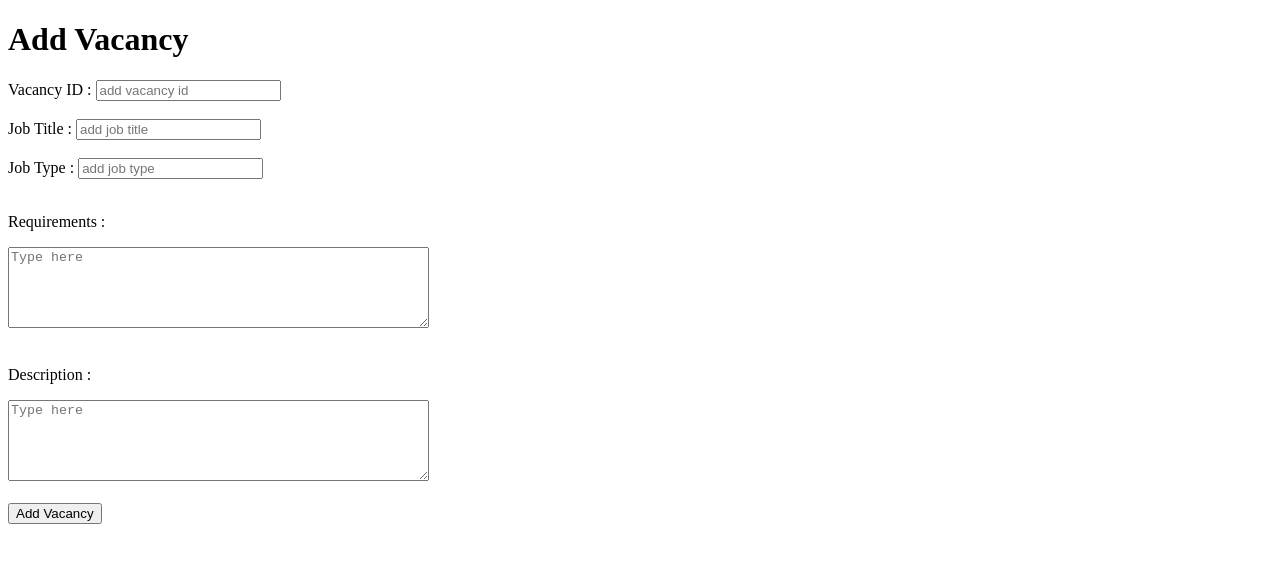
Repository: IT21221064/JobPortal
Page: http://localhost/JobApp/addProfile.jsp
An editor plug-in stored every save of this project. The page is shown before and after the next save, followed by the edit.
The browser window is 1280 px wide. The pictures show the whole page.
The page is served by Tomcat 9.

Above is the page before, as saved 2023-07-15 15:39:13.

After the next save:
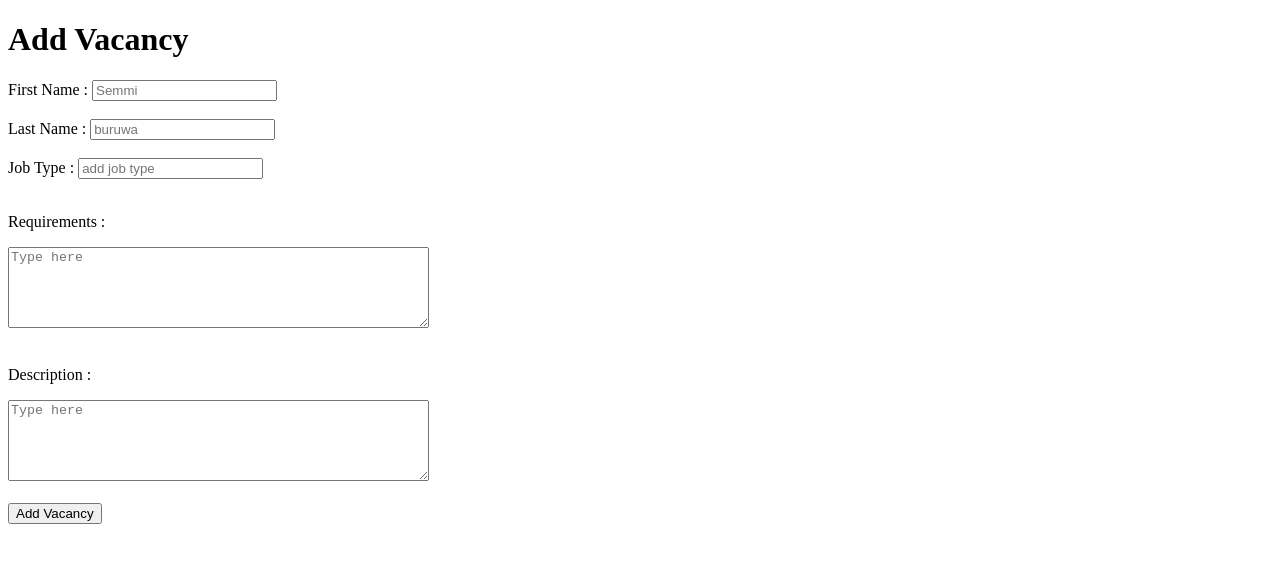
Saved 4 min 41 s later.
--- a/Project/JobApp/src/main/webapp/addProfile.jsp
+++ b/Project/JobApp/src/main/webapp/addProfile.jsp
@@ -9,10 +9,10 @@
 <body>
 <form method="post" action="#">
 <h1>Add Vacancy</h1>
-<label for="vid">Vacancy ID : </label>
-<input type="text" name="vid" id="vid" placeholder="add vacancy id"><br><br>
-<label for="vtitle">Job Title : </label>
-<input type="text" name="vtitle" id="vtitle" placeholder="add job title"><br><br>
+<label for="fname">First Name : </label>
+<input type="text" name="fname" id="fname" placeholder="Semmi"><br><br>
+<label for="lname">Last Name : </label>
+<input type="text" name="lname" id="lname" placeholder="buruwa"><br><br>
 <label for="vtitle">Job Type : </label>
 <input type="text" name="vtitle" id="vtitle" placeholder="add job type"><br><br>
 <p><label for ="jobreqs">Requirements : </label></p>
